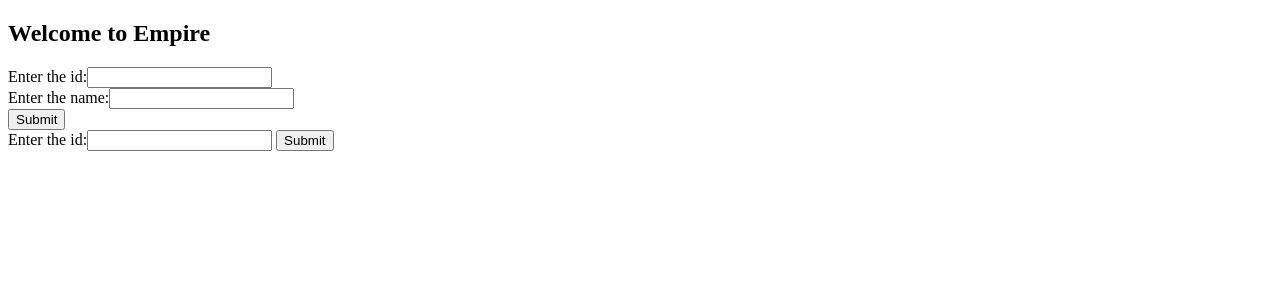
Repository: Charitra-2001/Java-Hibernate-SpringBoot
Page: http://localhost/SpringMVCboot/views/index.jsp
The author's editor kept a copy of each file at every save. The page is drawn from the files as they stood at one save, then again after the next save.
The browser window is 1280 px wide. The pictures show the whole page.
The page is served by Tomcat 9.

Above is the page before, as saved 2024-02-11 07:03:57.

After the next save:
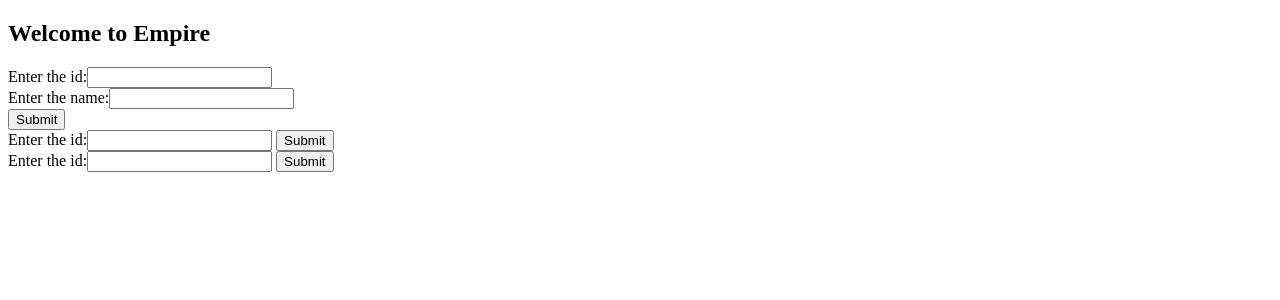
Saved 88 s later.
--- a/SpringMVCboot/src/main/webapp/views/index.jsp
+++ b/SpringMVCboot/src/main/webapp/views/index.jsp
@@ -18,5 +18,10 @@
 		Enter the id:<input type="text" name="aid">
 		<input type="submit">
 	</form>
+
+	<form action="getAlienByName" method="post">
+		Enter the id:<input type="text" name="aname">
+		<input type="submit">
+	</form>
 </body>
 </html>
